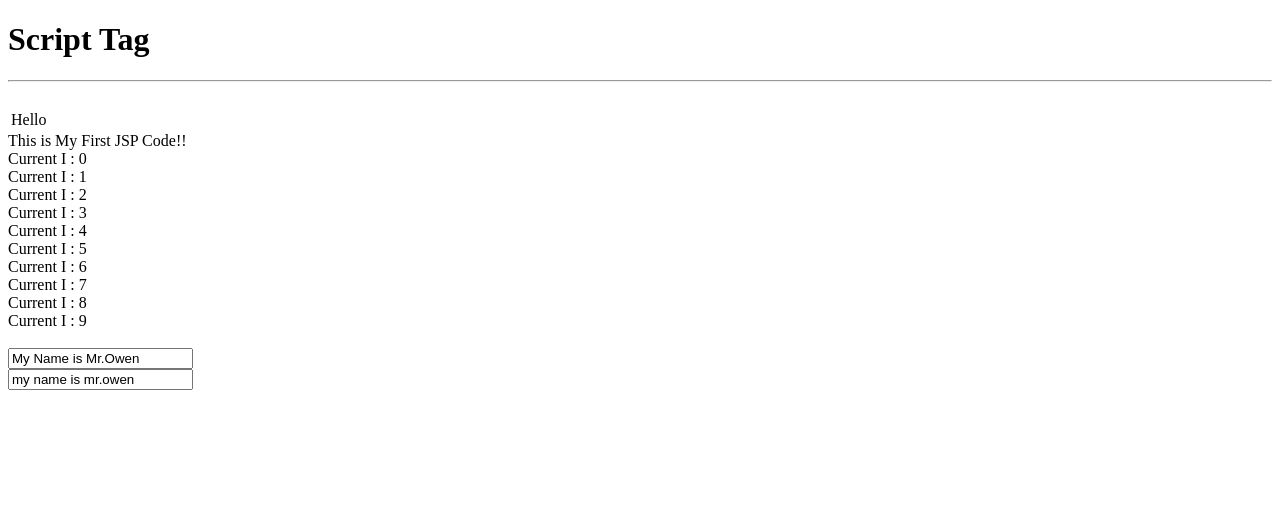
Repository: zxcvne/1400_web_nhs
Page: http://localhost/web/01_script_test.jsp
The author's editor kept a copy of each file at every save. The page is drawn from the files as they stood at one save, then again after the next save.
The browser window is 1280 px wide. The pictures show the whole page.
The page is served by Tomcat 10.

Above is the page before, as saved 2025-10-25 07:48:06.

After the next save:
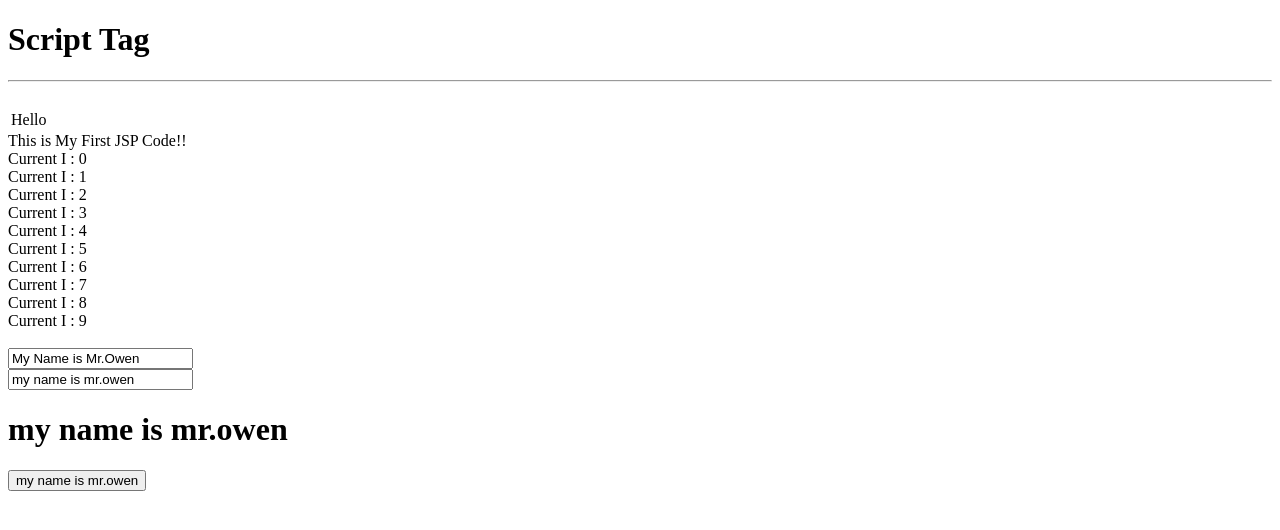
Saved 116 s later.
--- a/05_jsp/src/web/src/main/webapp/01_script_test.jsp
+++ b/05_jsp/src/web/src/main/webapp/01_script_test.jsp
@@ -38,5 +38,8 @@
 	<input type="text" value="My Name is Mr.Owen"> <br>
 	<input type="text" value="<%=makeLower(name)%>"> <br>
 
+	<h1><%=makeLower(name)%></h1>
+	<button><%=makeLower(name)%></button>
+
 </body>
 </html>
